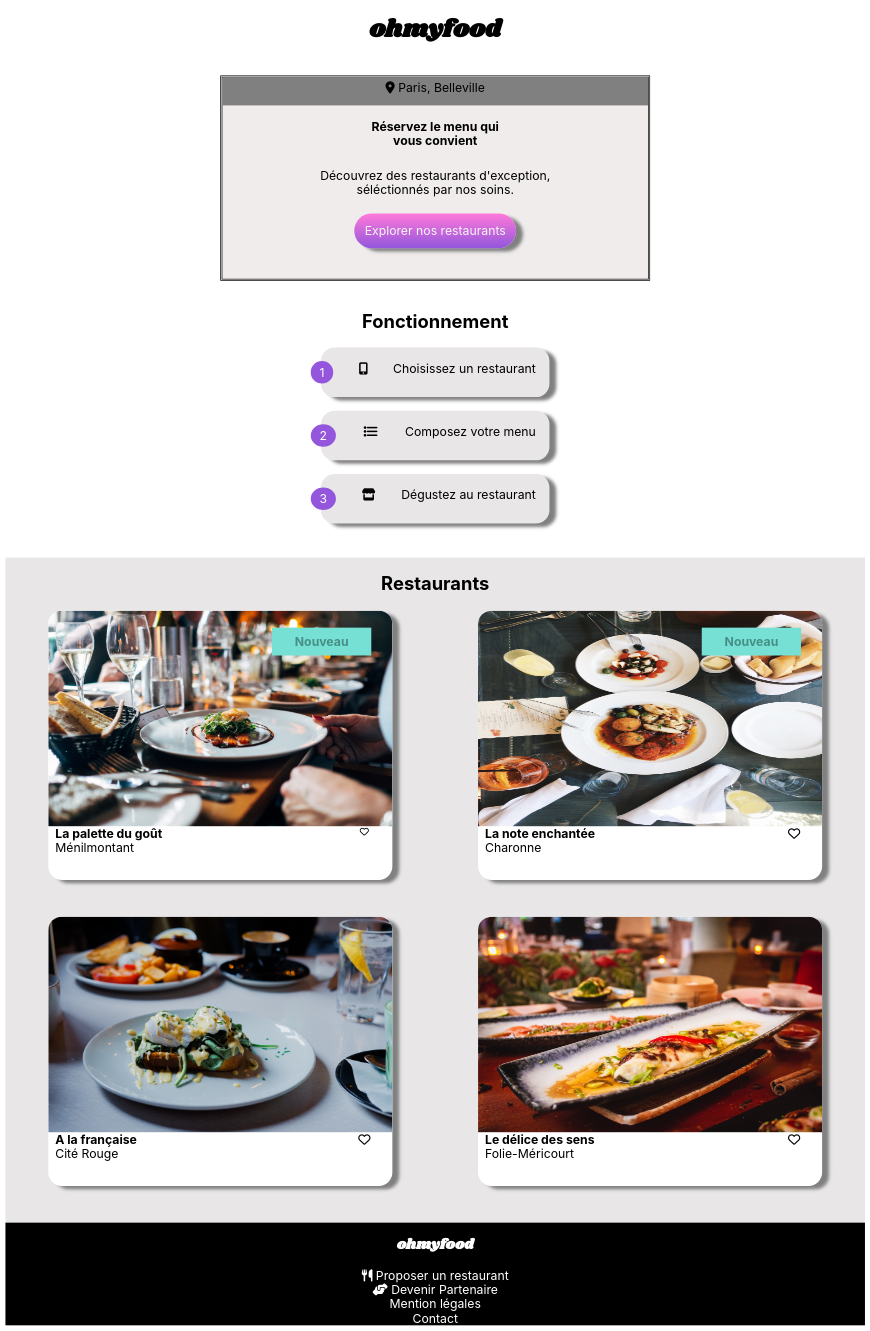
Repository: yacinebouk/ohmyfood
Page: index.html
An editor plug-in stored every save of this project. The page is shown before and after the next save, followed by the edit.
The browser window is 1280 px wide. The pictures show the whole page, at 68% of full size.
Some web libraries are served in a nearby version. The style sheet was rebuilt from its Sass, Less or Tailwind sources for each picture, by a compiler version that may differ from the author's.

Above is the page before, as saved 2022-07-07 17:07:24.

After the next save:
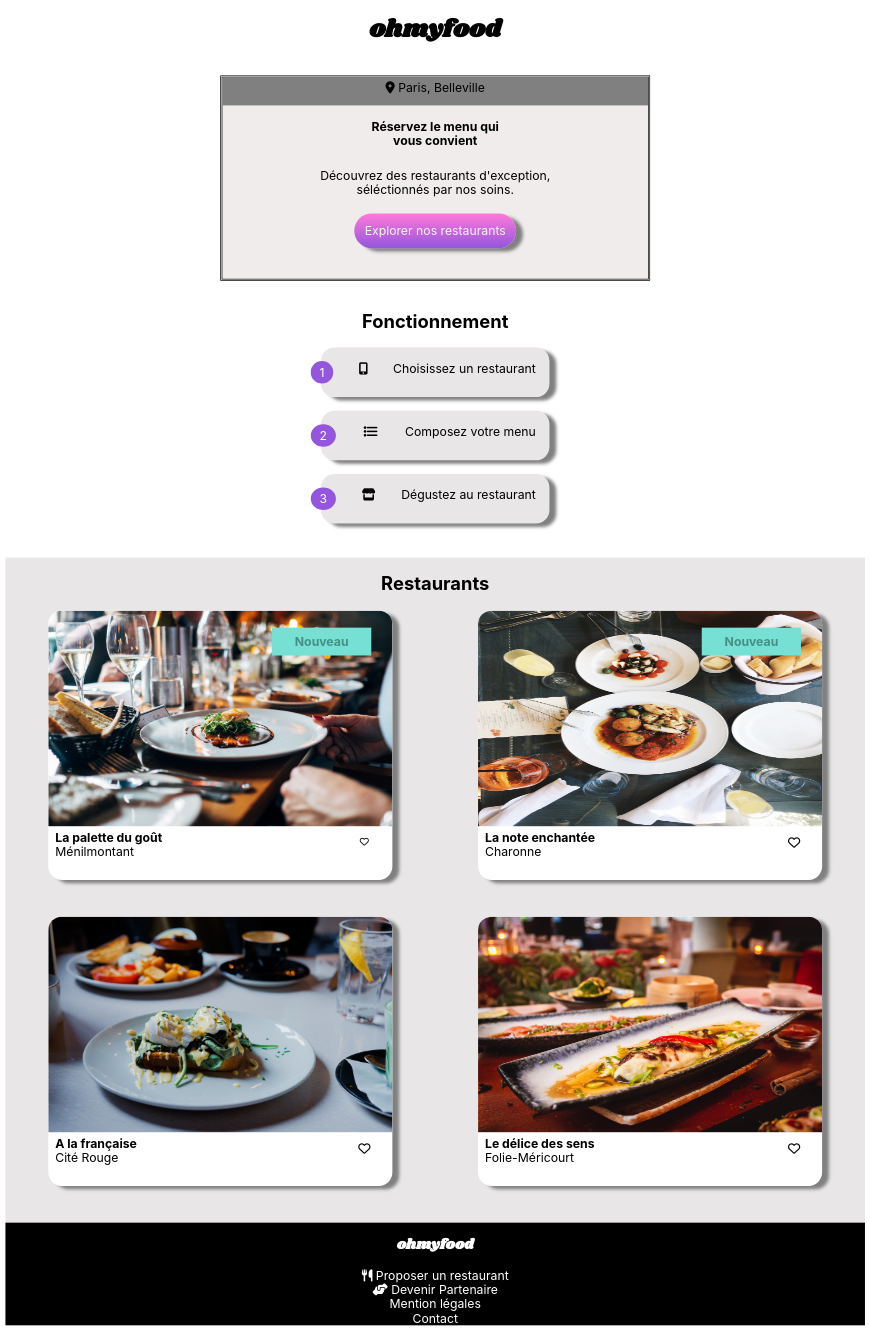
Saved 9 s later.
--- a/style/styles.scss
+++ b/style/styles.scss
@@ -185,7 +185,7 @@ h1 {
     height: 100%;
     width: 100px;
     margin-bottom: auto;
-    min-height: 48;
+    min-height: 48px;
     display: flex;
     justify-content: center;
     align-items: center;
